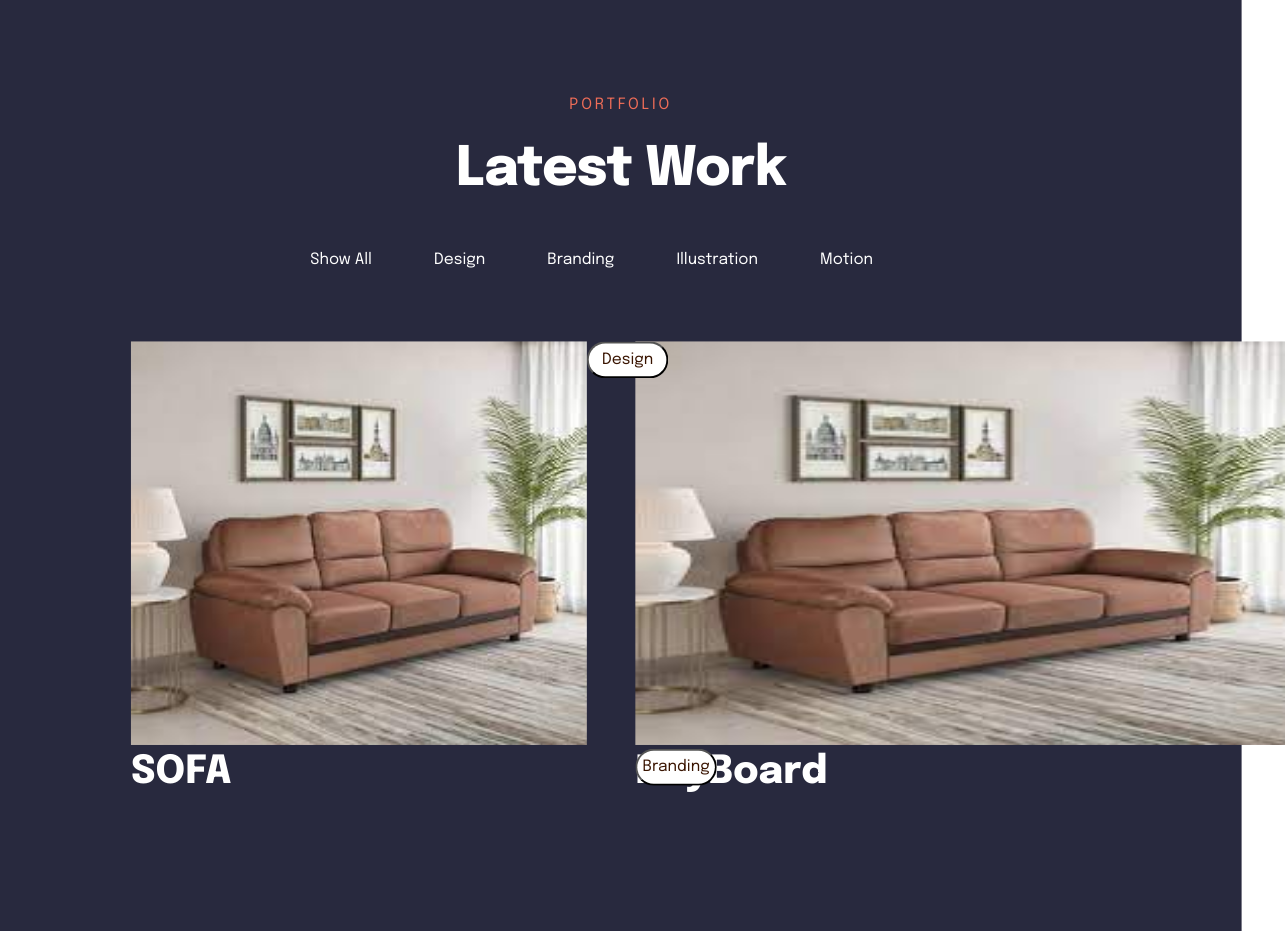
Repository: MehdiKerimov/Figma-task-13
Page: index.html
An editor plug-in stored every save of this project. The page is shown before and after the next save, followed by the edit.
The browser window is 1280 px wide. The page is 1325 px wide, so the pictures cover 1325 px, including what lies to the right of the window. The pictures show the whole page, at 97% of full size.

Above is the page before, as saved 2023-09-26 10:42:07.

After the next save:
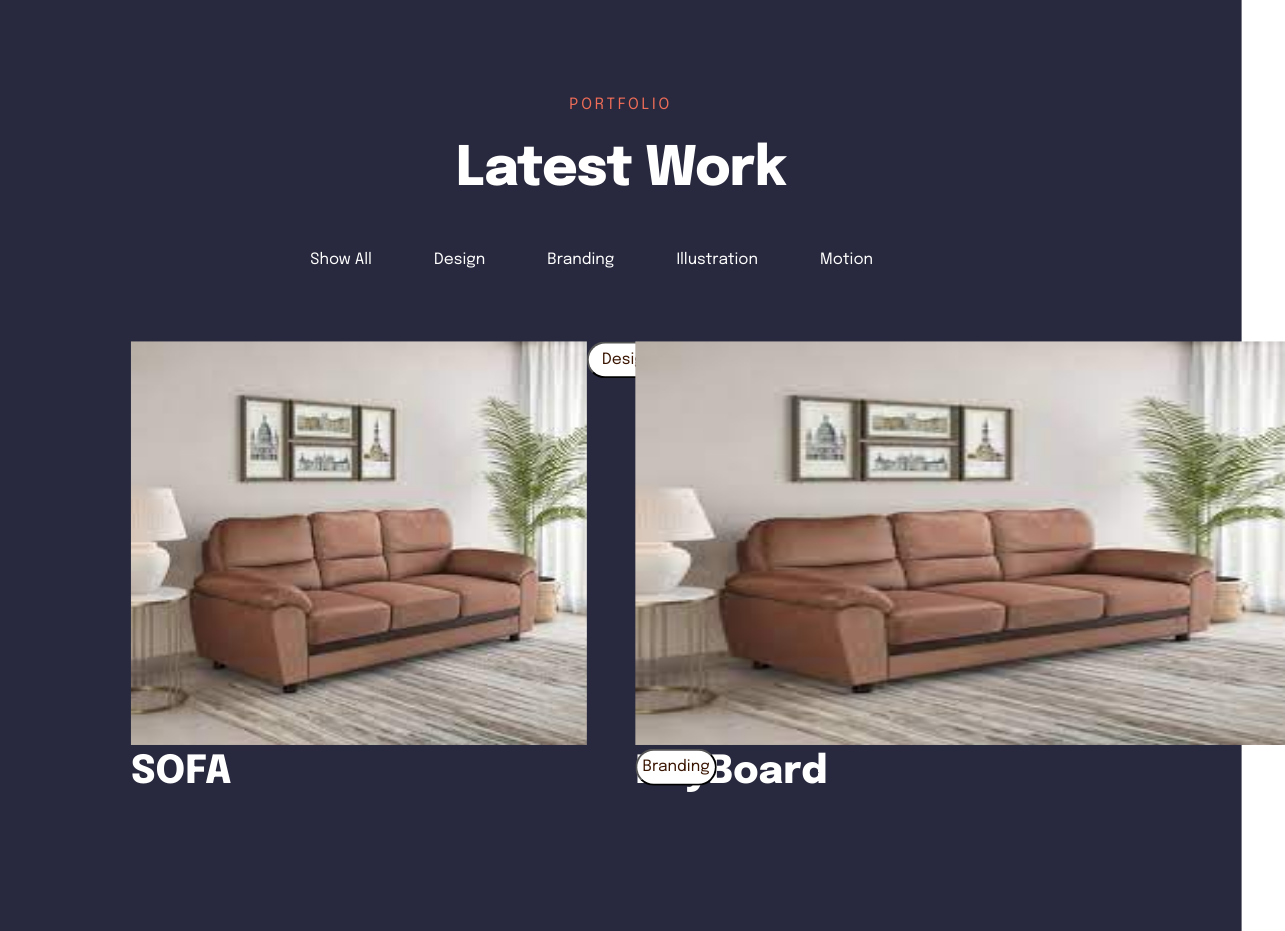
Saved 4 s later.
--- a/index.css
+++ b/index.css
@@ -66,7 +66,7 @@
   margin-right: 50px;
 }
 .container .box-container .box {
-    poa
+    position: relative
 }
 .container .box-container .box-container-1 .box-1  {
     width: 470px;
